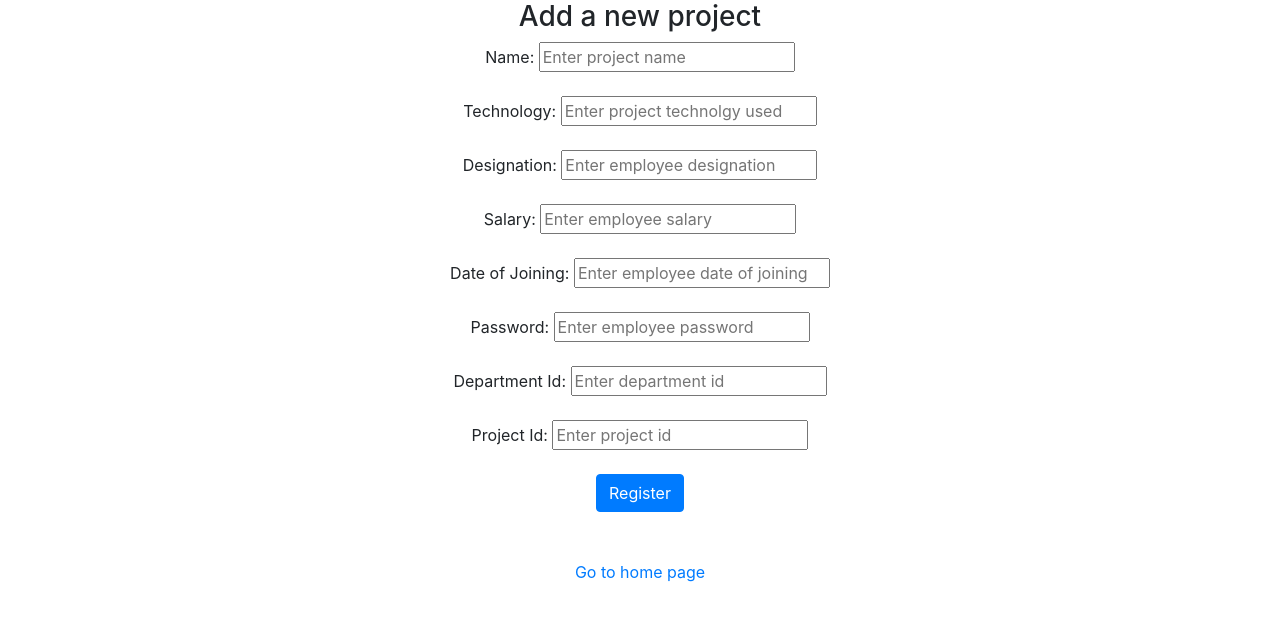
Repository: ArmanAli-cmd/EmployeeProjectDepartmentApplication
Page: http://localhost/EmployeeProjectDepartmentMVCApplication/views/project-signup.jsp
These files come from the project's save history. The page is drawn as it stood at one moment and after the next save; the edit follows.
The browser window is 1280 px wide. The pictures show the whole page.
The page is served by Tomcat 9. Other server files are loaded and not shown.

Above is the page before, as saved 2024-01-18 05:10:57.

### EmployeeProjectDepartmentMVCApplication/src/main/webapp/views/project-signup.jsp
<%@ page language="java" contentType="text/html; charset=ISO-8859-1"
	pageEncoding="ISO-8859-1"%>
<!DOCTYPE html>
<html>
<head>
<meta charset="utf-8">
  <meta name="viewport" content="width=device-width, initial-scale=1">
  <link rel="stylesheet" href="https://cdn.jsdelivr.net/npm/bootstrap@4.6.2/dist/css/bootstrap.min.css">
  <script src="https://cdn.jsdelivr.net/npm/jquery@3.7.1/dist/jquery.slim.min.js"></script>
  <script src="https://cdn.jsdelivr.net/npm/popper.js@1.16.1/dist/umd/popper.min.js"></script>
  <script src="https://cdn.jsdelivr.net/npm/bootstrap@4.6.2/dist/js/bootstrap.bundle.min.js"></script>
<title>Project Sign Up Page</title>
</head>
<body style="text-align: center;">
<div class="container">
	<h3>Add a new project</h3>
	<form action="/employees/add" method="post">
		Name: <input type="text" name="name" placeholder="Enter project name"
			required><br>
		<br>
		Technology: <input type="text" name="technology"
			placeholder="Enter project technolgy used" required><br>
		<br> Designation: <input type="text" name="designation"
			placeholder="Enter employee designation" required><br>
		<br> Salary: <input type="text" name="salary"
			placeholder="Enter employee salary" required="required"><br>
		<br> Date of Joining: <input type="text" name="dateOfJoining"
			placeholder="Enter employee date of joining" required><br>
		<br> Password: <input type="password" name="password"
			placeholder="Enter employee password" required><br>
		<br> Department Id: <input type="number" name="departmentId"
			placeholder="Enter department id" required><br>
		<br> Project Id: <input type="number" name="projectId"
			placeholder="Enter project id" required><br>
		<br> <input type="submit" class="btn btn-primary" value="Register">
	</form>
<br><br>
<a href="/views/index.jsp"> Go to home page</a>
</div>
</body>
</html>

After the next save:
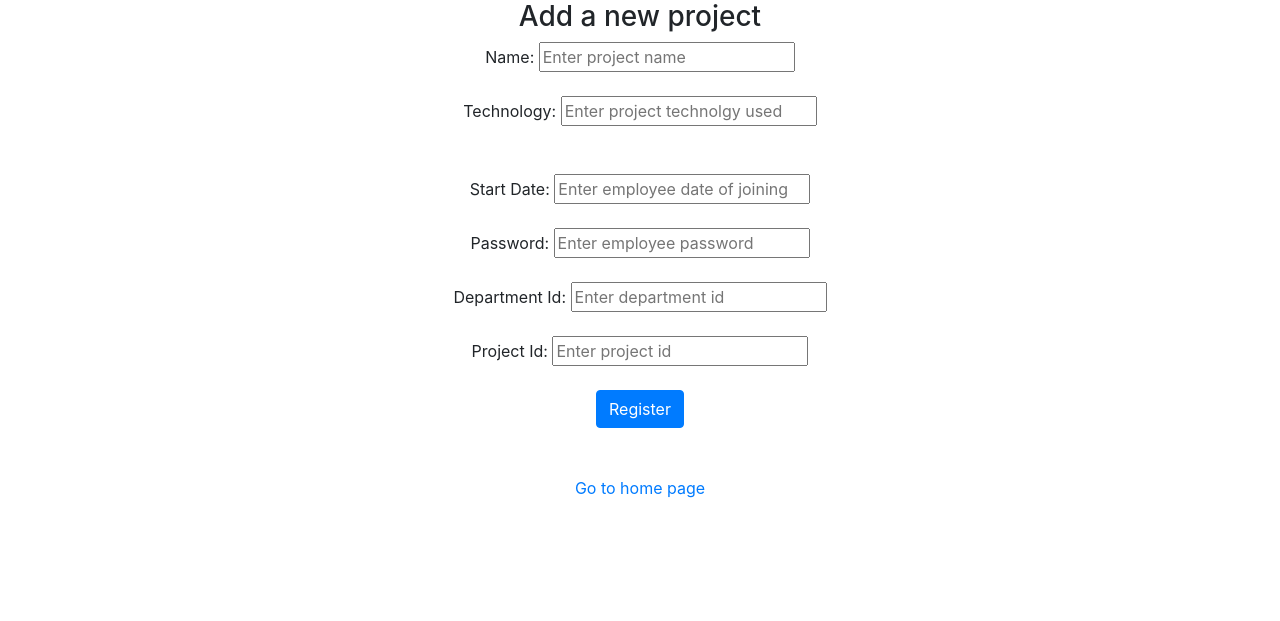
Saved 28 s later.
--- a/EmployeeProjectDepartmentMVCApplication/src/main/webapp/views/project-signup.jsp
+++ b/EmployeeProjectDepartmentMVCApplication/src/main/webapp/views/project-signup.jsp
@@ -20,11 +20,9 @@
 		<br>
 		Technology: <input type="text" name="technology"
 			placeholder="Enter project technolgy used" required><br>
-		<br> Designation: <input type="text" name="designation"
-			placeholder="Enter employee designation" required><br>
-		<br> Salary: <input type="text" name="salary"
-			placeholder="Enter employee salary" required="required"><br>
-		<br> Date of Joining: <input type="text" name="dateOfJoining"
+		<br>
+		<br>
+		Start Date: <input type="text" name="dateOfJoining"
 			placeholder="Enter employee date of joining" required><br>
 		<br> Password: <input type="password" name="password"
 			placeholder="Enter employee password" required><br>
